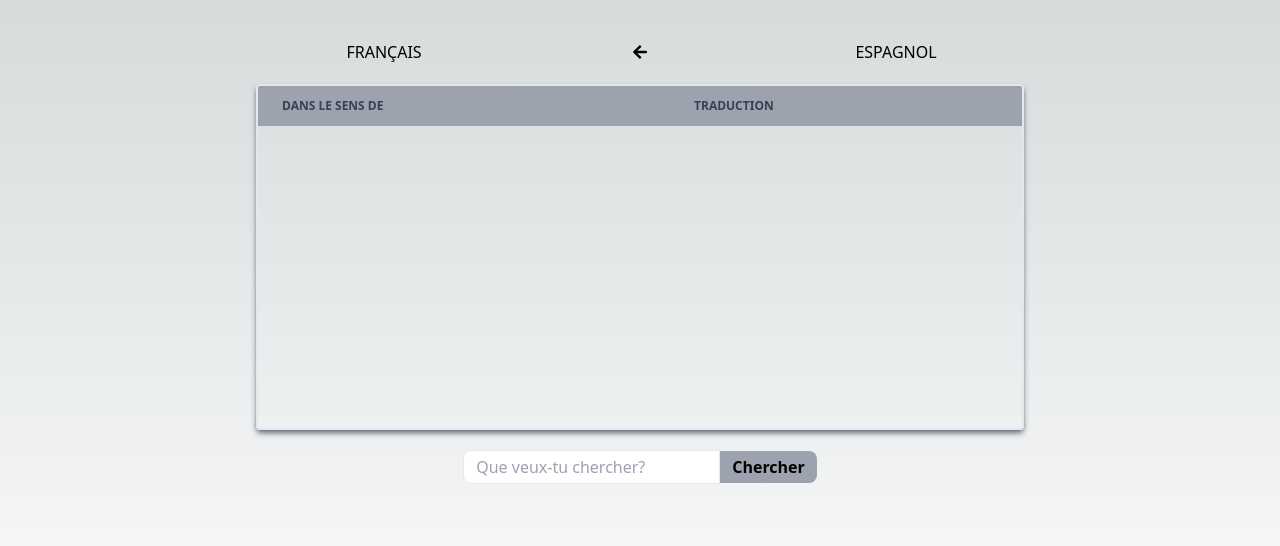
Repository: All-Khwarizmi/Dico
Page: /
The author's editor kept a copy of each file at every save. The page is drawn from the files as they stood at one save, then again after a run of saves.
The browser window is 1280 px wide. The pictures show the whole page.
The project was rebuilt for these pictures with package versions that can differ from the ones it lists, and the page was loaded fresh each time. The framework's server and built-in components were replaced by stand-ins that run in the browser. Also part of the build but not shown: next.config.js, vite.config.ts.

Above is the page before, as saved 2023-02-17 18:40:44.

After the next 2 saves:
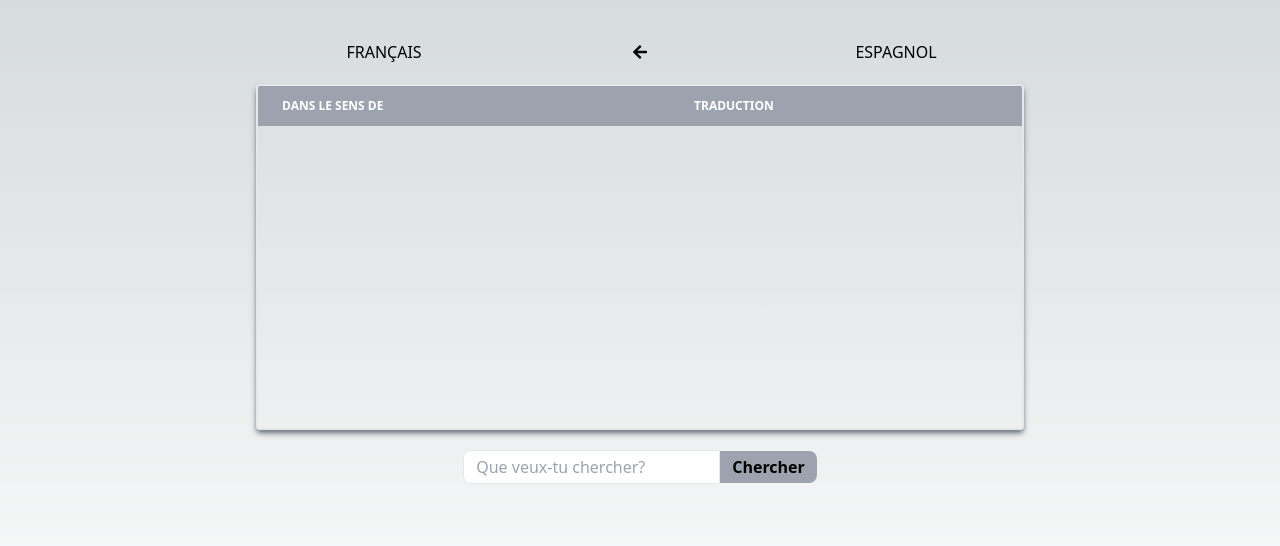
The 2 saves are shown as one change because they came seconds apart.
The last was saved 14 s later.
--- a/src/app/page.tsx
+++ b/src/app/page.tsx
@@ -112,7 +112,7 @@
           <div className='text-black '>
             <div className=''>
               <table className='  relative w-full text-left text-sm text-gray-500 dark:text-gray-400'>
-                <thead className='  sticky top-0 bg-gray-400 dark:bg-gray-900 text-xs uppercase text-gray-700 '>
+                <thead className='  sticky top-0 bg-gray-400 text-white dark:bg-gray-900 text-xs uppercase text-gray-700 '>
                   <tr>
                     <th scope='col' className='px-6 dark:text-white py-3 '>
                       Dans le sens de

After the save that followed:
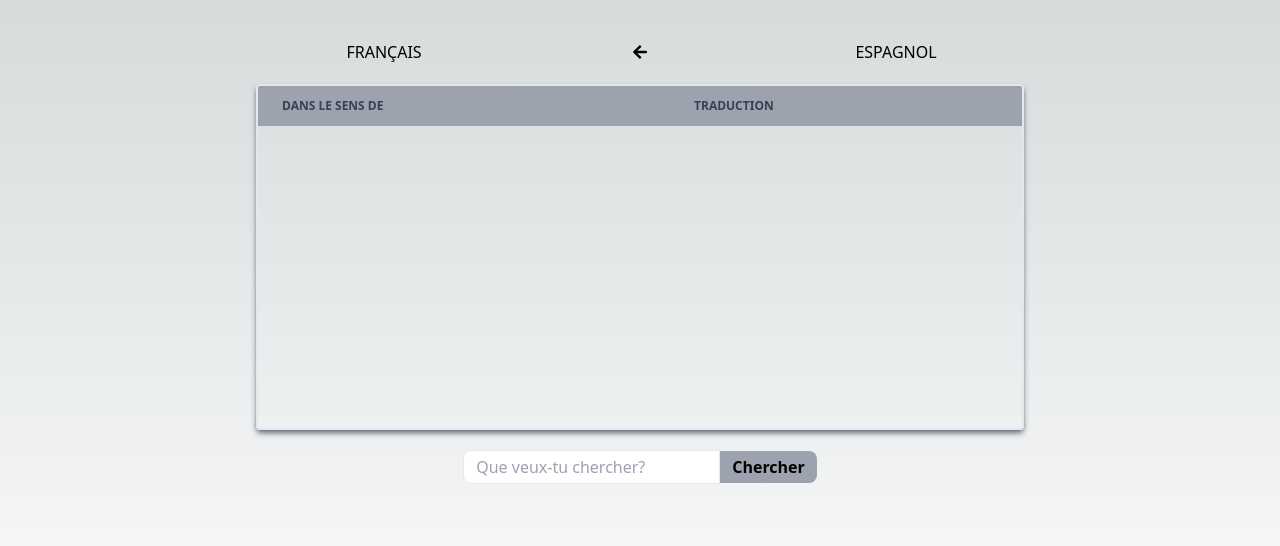
Saved 10 s later.
--- a/src/app/page.tsx
+++ b/src/app/page.tsx
@@ -112,7 +112,7 @@
           <div className='text-black '>
             <div className=''>
               <table className='  relative w-full text-left text-sm text-gray-500 dark:text-gray-400'>
-                <thead className='  sticky top-0 bg-gray-400 text-white dark:bg-gray-900 text-xs uppercase text-gray-700 '>
+                <thead className='  sticky top-0 bg-gray-400 dark:bg-gray-900 text-xs uppercase text-gray-700 '>
                   <tr>
                     <th scope='col' className='px-6 dark:text-white py-3 '>
                       Dans le sens de
